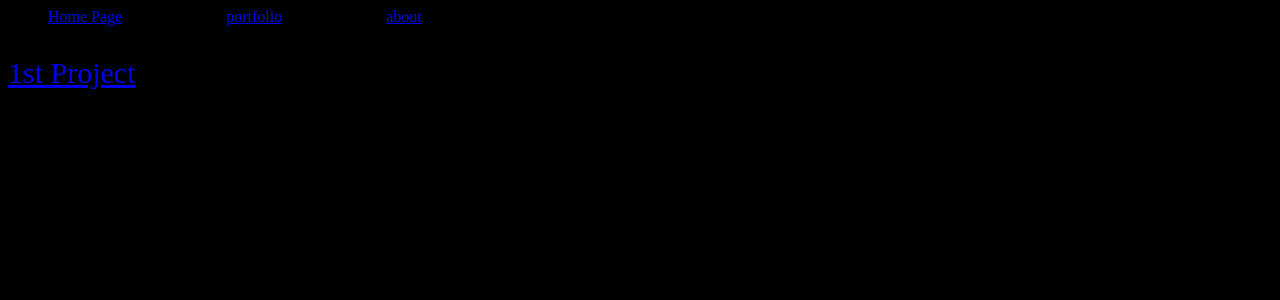
Repository: mike3245/mike3245.github.io
Page: portfolio.html
The author's editor kept a record of every edit. The page is drawn from the files as they stood at one moment, then again after the next edit.
The browser window is 1280 px wide. The pictures show the whole page.

Above is the page before.

After the next edit:
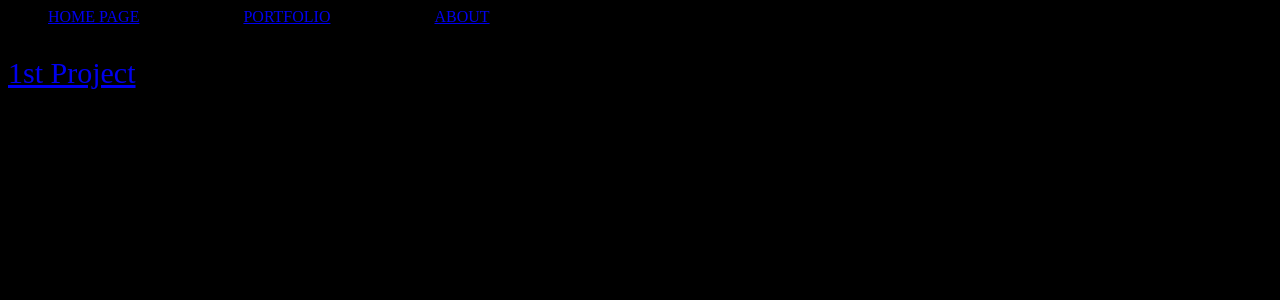
The edit:
--- a/portfolio.html
+++ b/portfolio.html
@@ -10,9 +10,9 @@
 
    <body>
      <ul>
-    <li><a href="index.html">Home Page</a></li>
-    <li><a href="portfolio.html">portfolio</a></li>
-    <li><a href="about.html">about</a></li>
+    <li><a href="index.html">HOME PAGE</a></li>
+    <li><a href="portfolio.html">PORTFOLIO</a></li>
+    <li><a href="about.html">ABOUT</a></li>
     </ul>
 
     <u2>
